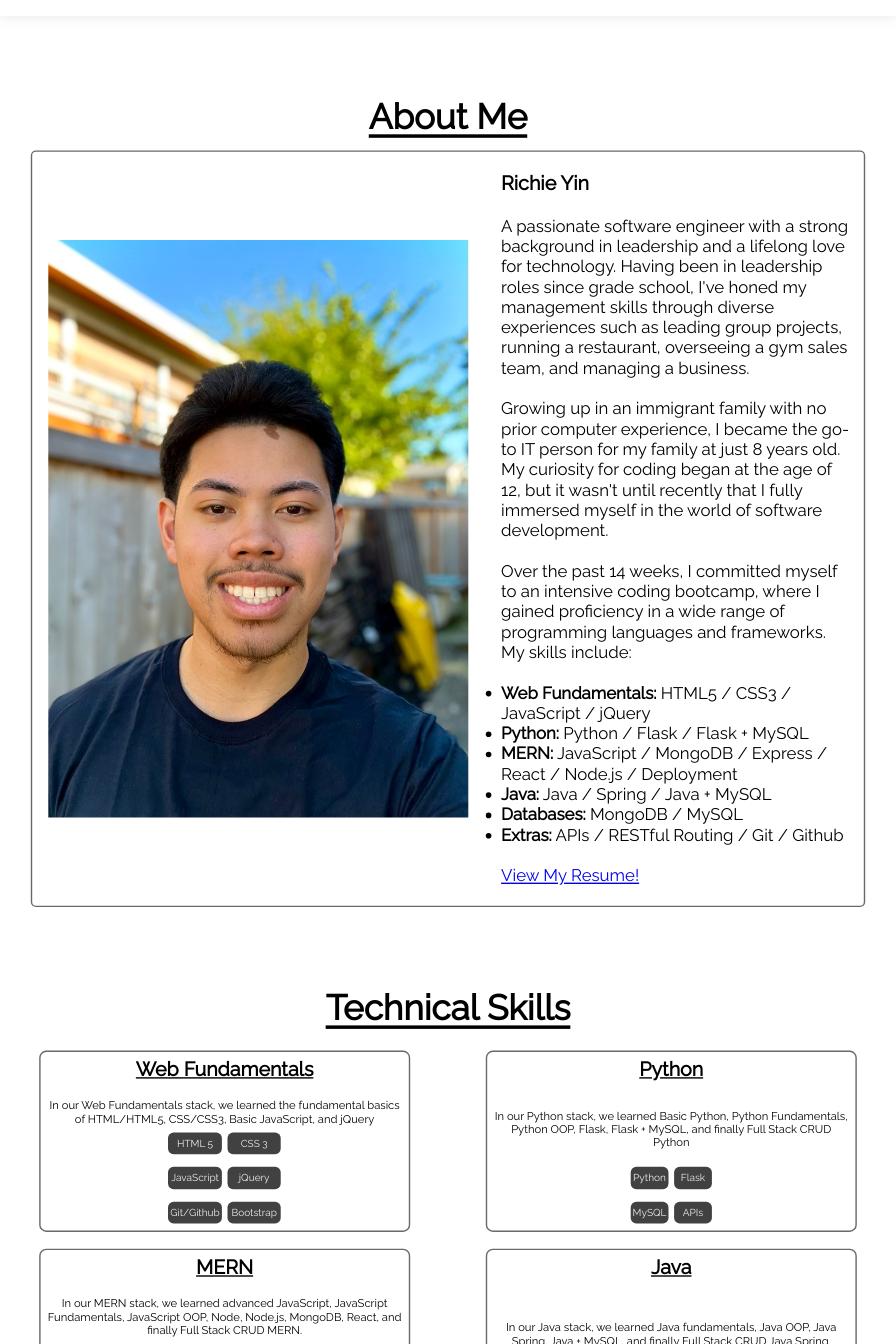
Repository: RICHIE-YIN/Personal-Portfolio
Page: index.html
The author's editor kept a copy of each file at every save. The page is drawn from the files as they stood at one save, then again after the next save.
The browser window is 1280 px wide. The pictures show the part of the page from y = 697 to 2617 px (the page is 3845 px tall before and 4019 px after), at 70% of full size.
Some web fonts or font styles are not loaded; a fallback is used.

Above is the page before, as saved 2023-06-12 16:37:03.
Console error: ReferenceError: $ is not defined

After the next save:
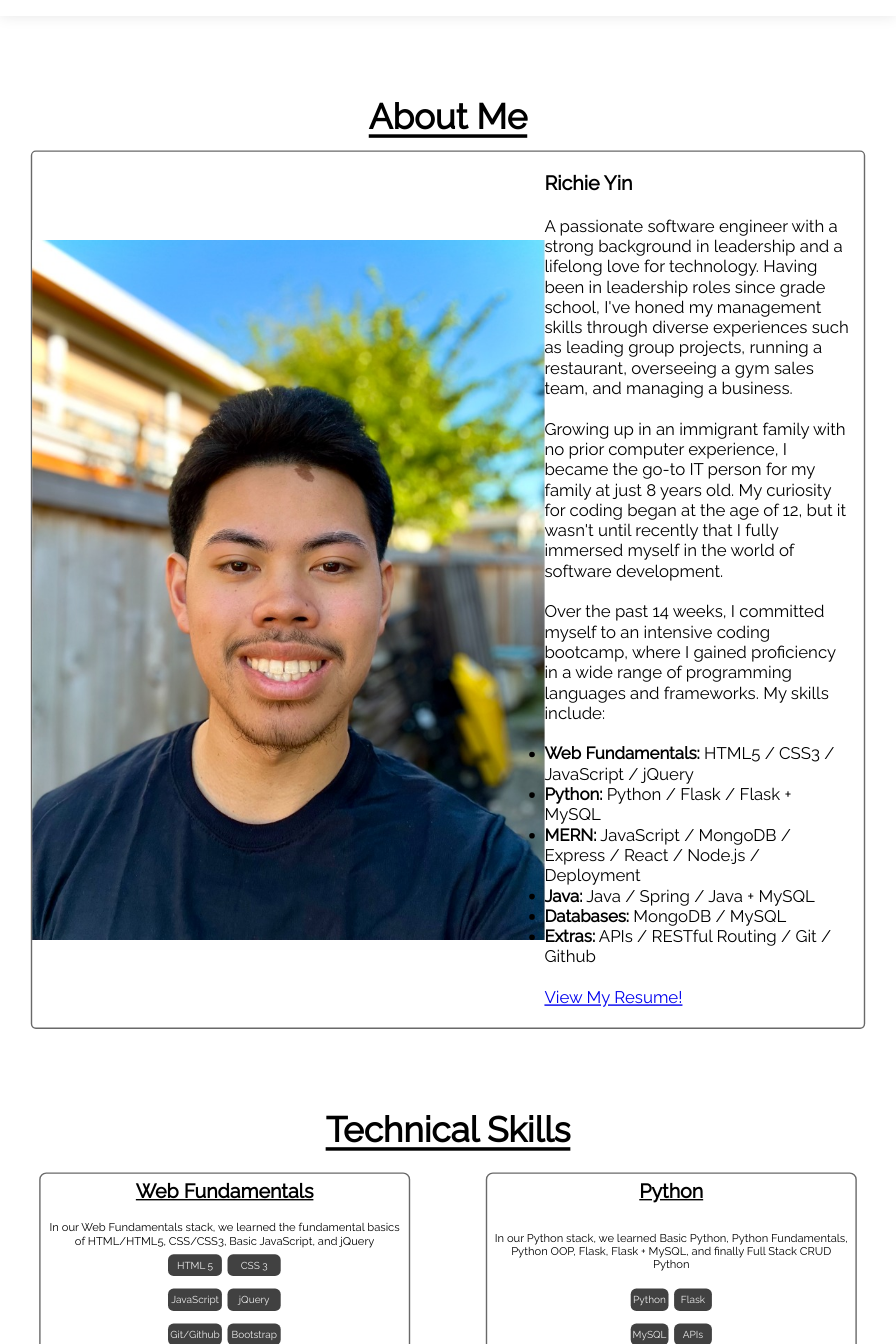
Saved 10 min 7 s later.
--- a/styles.css
+++ b/styles.css
@@ -110,12 +110,18 @@ display: none;
     border-radius: .3em;
 }
 
-.profile-content img {
+/* .profile-content img {
     width: 600px;
     height: 825px;
     margin-right: 4%;
     margin-left: 2%;
-}
+} */
+
+.profile-content img {
+    max-width: 100%;
+    height: auto;
+}
+
 
 .profile-text {
     flex: 1;
